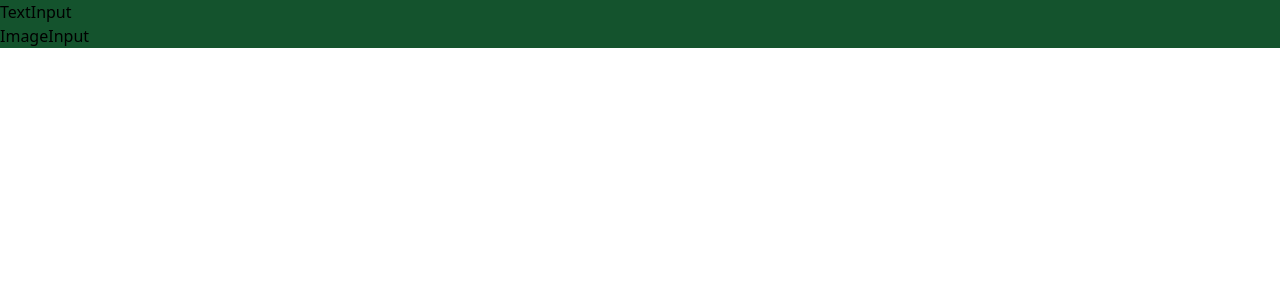
Repository: Marhamat92/booksappwithcontext
Page: /
These files come from the project's save history. The page is drawn as it stood at one moment and after the next save; the edit follows.
The browser window is 1280 px wide. The pictures show the whole page.
The project was rebuilt for these pictures with package versions that can differ from the ones it lists, and the page was loaded fresh each time. Also part of the build but not shown: src/App.css.

Above is the page before, as saved 2022-12-07 13:47:11.

### src/App.tsx
import "./App.css";
import ImageInput from "./components/Inputs/ImageInput";
import TextInput from "./components/Inputs/TextInput";

function App() {
  return (
    <div>
      <div className='bg-green-900'>
        <TextInput />
        <ImageInput />
      </div>
    </div>
  );
}

export default App;

### src/components/Inputs/ImageInput.tsx
import React from "react";

type Props = {};

function ImageInput({}: Props) {
  return <div>ImageInput</div>;
}

export default ImageInput;

### src/components/Inputs/TextInput.tsx
import React from "react";

type Props = {};

function TextInput({}: Props) {
  return <div>TextInput</div>;
}

export default TextInput;

Loaded but not shown: public/index.html (common file); src/index.tsx (common file); src/index.css (common file); tailwind.config.js (common file)

After the next save:
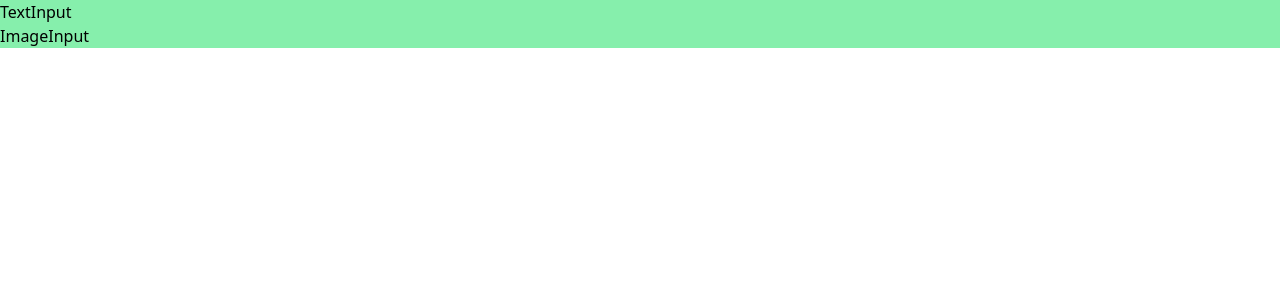
Saved 6 s later.
--- a/src/App.tsx
+++ b/src/App.tsx
@@ -5,7 +5,7 @@ import TextInput from "./components/Inputs/TextInput";
 function App() {
   return (
     <div>
-      <div className='bg-green-900'>
+      <div className='bg-green-300'>
         <TextInput />
         <ImageInput />
       </div>
